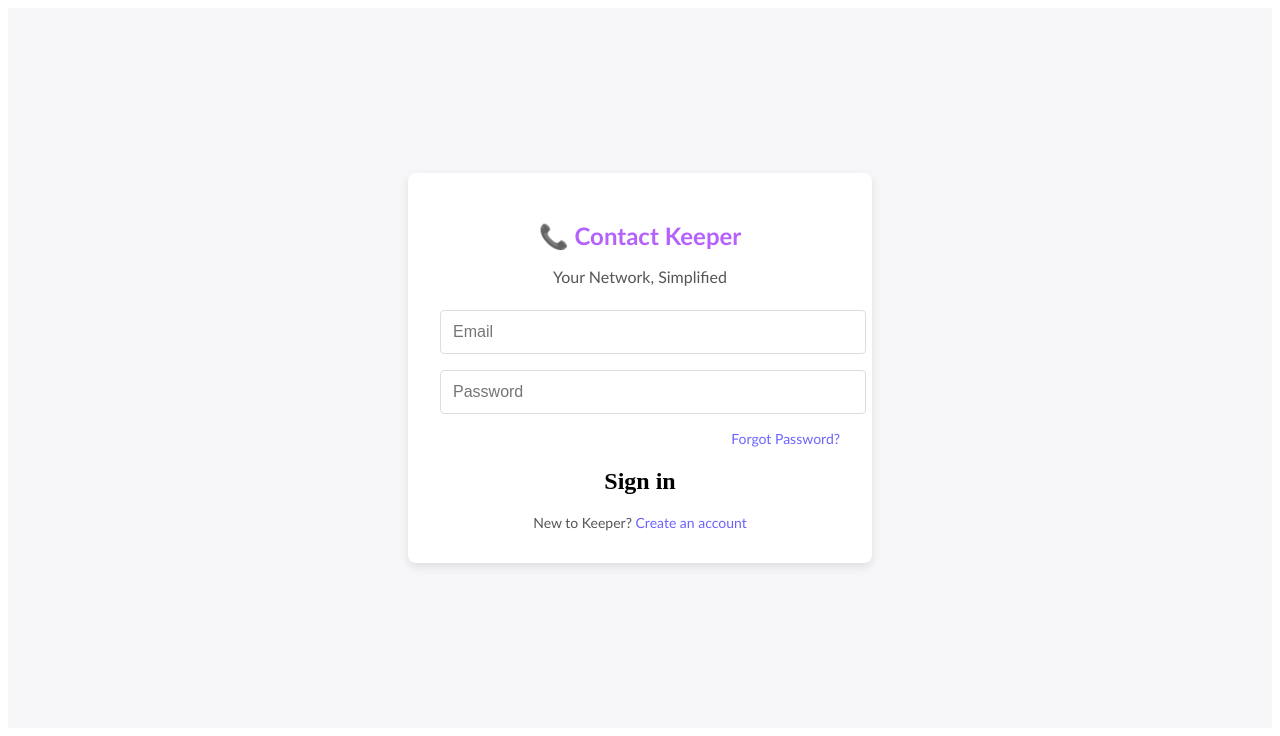
Repository: honexly/melbert-loginapp
Page: /
The author's editor kept a copy of each file at every save. The page is drawn from the files as they stood at one save, then again after the next save.
The browser window is 1280 px wide. The pictures show the whole page.
The project was rebuilt for these pictures with package versions that can differ from the ones it lists, and the page was loaded fresh each time. Also part of the build but not shown: vue.config.js.

Above is the page before, as saved 2024-12-09 11:15:42.

### src/main.js
import Vue from 'vue'
import App from './App.vue'
import router from './route'

Vue.config.productionTip = false

new Vue({
  router,
  render: h => h(App),
}).$mount('#app')

### src/App.vue
<template>
  <div id="app">
    <div class="form-wrapper">
    <div class="form-card">
      <!-- Logo and Description -->
      <div class="header">
        <h1 class="logo">📞 Contact Keeper</h1>
        <p class="subtitle">Your Network, Simplified</p>
      </div>

      <!-- Form -->
      <form @submit.prevent="submitForm" class="form-container">
        <!-- Email Input -->
        <div class="form-group">
          <input
            type="email"
            v-model="email"
            placeholder="Email"
            class="input"
            :class="{ 'input-error': !isValidEmail && emailTouched }"
            @blur="emailTouched = true"
          />
          <p v-if="emailTouched && !isValidEmail && email !== ''" class="error-text">
          </p>
        </div>

        <!-- Password Input -->
        <div class="form-group">
          <input
            type="password"
            v-model="password"
            placeholder="Password"
            class="input"
            :class="{ 'input-error': !isValidPassword && passwordTouched }"
            @blur="passwordTouched = true"
          />
          <p v-if="passwordTouched && !isValidPassword" class="error-text">
          </p>
        </div>

        <!-- Links -->
        <div class="links">
          <a href="#" class="forgot-password">Forgot Password?</a>
        </div>

        <!-- Submit Button -->
        <router-view>   <button type="submit" class="btn" :disabled="!isValidEmail || !isValidPassword">
          Sign In
        </button>
      </router-view>

        <!-- Signup Link -->
        <div class="signup-link">
          <span>New to Keeper? </span>
          <a href="#" class="create-account">Create an account</a>
        </div>
      </form>
    </div>
  </div>
    </div>
</template>

<script>
export default {
  data() {
    return {
      email: "",
      password: "",
      emailTouched: false, // Track whether the email input has been touched
      passwordTouched: false, // Track whether the password input has been touched
    };
  },
  computed: {
    isValidEmail() {
      // Email validation: required, must contain "@" and "."
      return /^[\w._%+-]+@[a-zA-Z0-9.-]+\.[a-zA-Z]{2,}$/.test(this.email);
    },
    isValidPassword() {
      // Password validation: required, minimum 8 characters
      return this.password.length >= 8;
    },
  },
  methods: {
    submitForm() {
      if (this.isValidEmail && this.isValidPassword) {
        alert("Form submitted!");
        // Handle form submission logic here (e.g., send data to server)
      }
    },
  },
};
</script>

<style scoped>
/* General Page Styling */
.form-wrapper {
  display: flex;
  justify-content: center;
  align-items: center;
  min-height: 100vh;
  background-color: #f7f7f9;
}

/* Card Styling */
.form-card {
  background: #fff;
  padding: 2rem;
  border-radius: 8px;
  box-shadow: 0 4px 10px rgba(0, 0, 0, 0.1);
  text-align: center;
  max-width: 400px;
  width: 100%;
}

/* Header */
.header .logo {
  font-size: 1.5rem;
  color: #a640fad3;
  margin-bottom: 0.5rem;
  font-weight: bold;
  font-family: 'Trebuchet MS', 'Lucida Sans Unicode', 'Lucida Grande', 'Lucida Sans', Arial, sans-serif;
}

.header .subtitle {
  font-size: 1rem;
  color: #555;
  margin-bottom: 1.5rem;
  font-family: 'Trebuchet MS', 'Lucida Sans Unicode', 'Lucida Grande', 'Lucida Sans', Arial, sans-serif;
}

/* Input Fields */
.input {
  width: 100%;
  padding: 0.75rem;
  margin-bottom: 1rem;
  border: 1px solid #ddd;
  border-radius: 4px;
  font-size: 1rem;
}

.input:focus {
  outline: none;
  border-color: #6c63ff;
}

/* Error styling */
.input-error {
  border-color: red;
}

.error-text {
  font-size: 0.875rem;
  color: red;
  margin-top: 0.5rem;
}

/* Links */
.links {
  text-align: right;
  margin-bottom: 1rem;
}

.forgot-password {
  font-size: 0.875rem;
  color: #6c63ff;
  text-decoration: none;
  font-family: 'Trebuchet MS', 'Lucida Sans Unicode', 'Lucida Grande', 'Lucida Sans', Arial, sans-serif;
}

.forgot-password:hover {
  text-decoration: underline;
}

/* Submit Button */
.btn {
  width: 100%;
  padding: 0.75rem;
  background: #a640fad3;
  color: #fff;
  border: none;
  border-radius: 4px;
  font-size: 1rem;
  cursor: pointer;
}

.btn:disabled {
  background: #a640fad3;
  cursor: not-allowed;
}

/* Signup Link */
.signup-link {
  margin-top: 1rem;
  font-size: 0.875rem;
  color: #555;
  font-family: 'Trebuchet MS', 'Lucida Sans Unicode', 'Lucida Grande', 'Lucida Sans', Arial, sans-serif;
}

.create-account {
  color: #6c63ff;
  text-decoration: none;
  font-family: 'Trebuchet MS', 'Lucida Sans Unicode', 'Lucida Grande', 'Lucida Sans', Arial, sans-serif;
}

.create-account:hover {
  text-decoration: underline;
}
</style>

### src/route.js
import Vue from 'vue';
import VueRouter from 'vue-router';
import LoginPage from '@/pages/LoginPage.vue';


Vue.use(VueRouter);

/* eslint-disable no-unused-vars */
const routes = [
  {
    path: '/',
    name: 'Login',
    component: LoginPage,
  },
];
/* eslint-enable no-unused-vars */

const router = new VueRouter({
  mode: 'history',
  base: process.env.BASE_URL,
  routes
});
export default router;

### src/pages/LoginPage.vue
<template>
    <div>
<h2> Sign in</h2>
    </div>
</template>

<script>
    export default {

    }
</script>

<style lang="scss" scoped>

</style>

Loaded but not shown: public/index.html (common file)

After the next save:
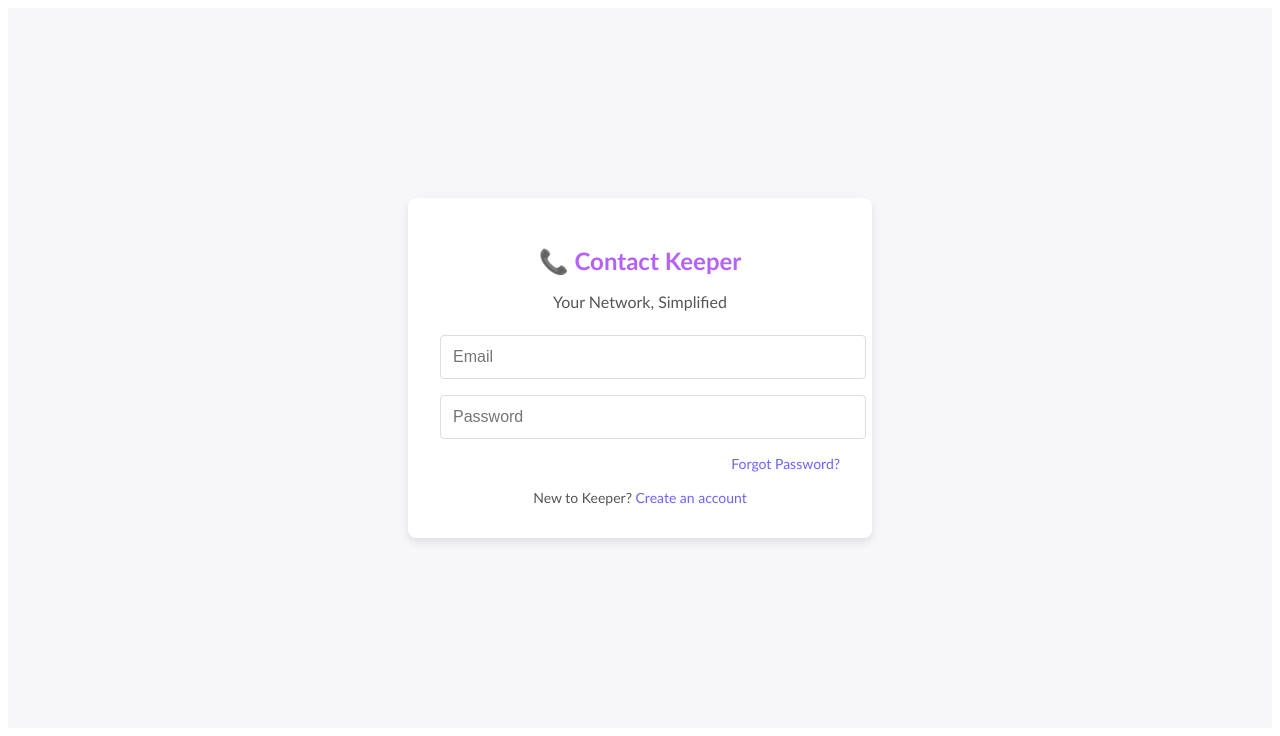
Saved 35 s later.
--- a/src/pages/LoginPage.vue
+++ b/src/pages/LoginPage.vue
@@ -1,6 +1,9 @@
 <template>
     <div>
-<h2> Sign in</h2>
+        <router-view>   <button type="submit" class="btn" :disabled="!isValidEmail || !isValidPassword">
+          Sign In
+        </button>
+      </router-view>
     </div>
 </template>
 

After the save that followed:
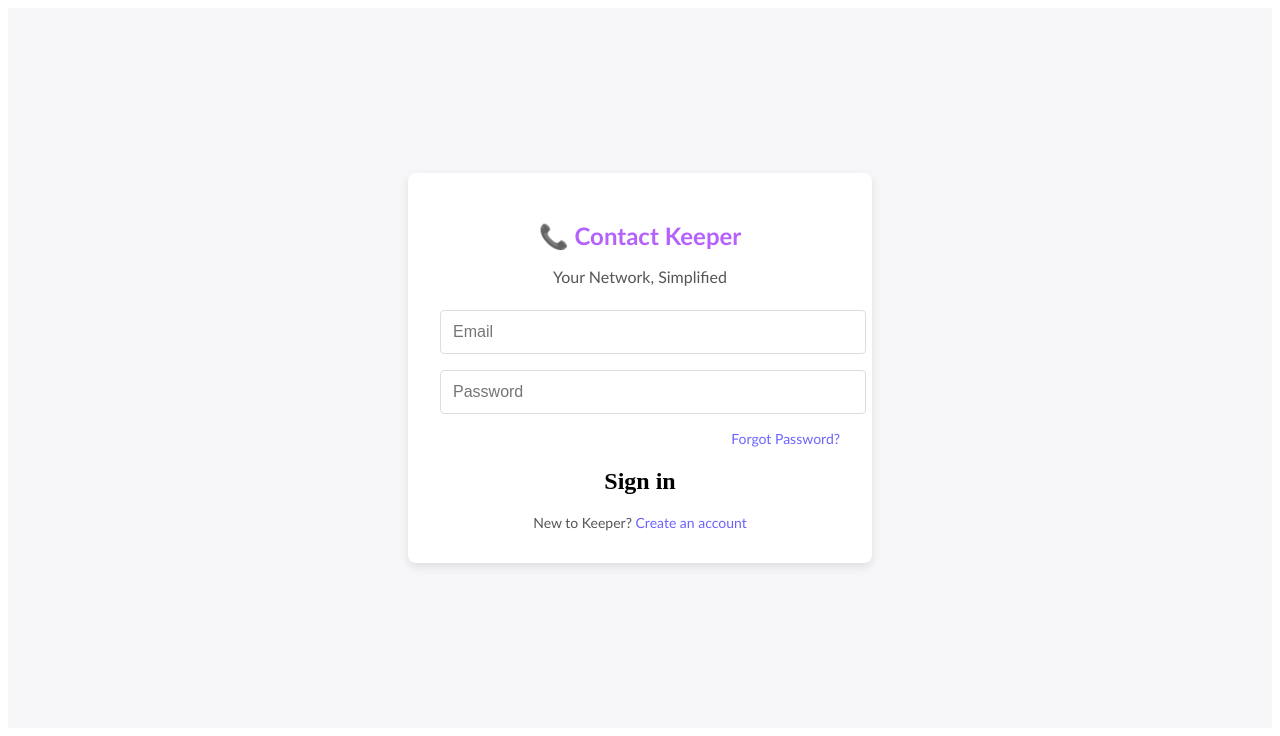
Saved 7 s later.
--- a/src/pages/LoginPage.vue
+++ b/src/pages/LoginPage.vue
@@ -1,9 +1,6 @@
 <template>
     <div>
-        <router-view>   <button type="submit" class="btn" :disabled="!isValidEmail || !isValidPassword">
-          Sign In
-        </button>
-      </router-view>
+<h2> Sign in</h2>
     </div>
 </template>
 
